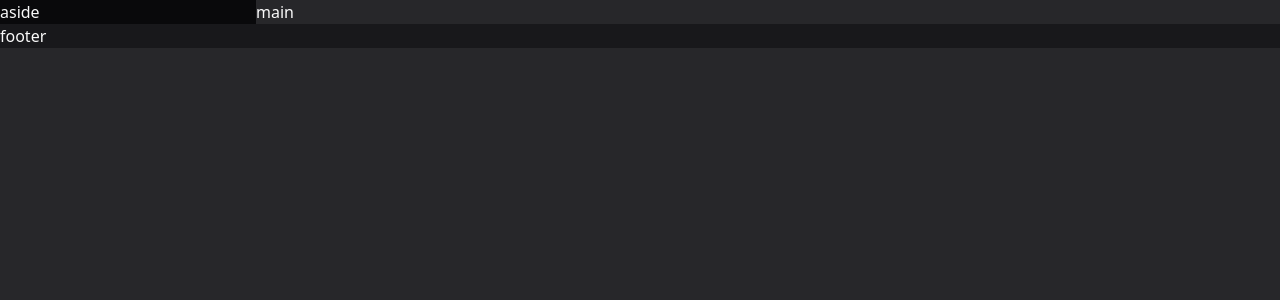
Repository: guilhermecardoso93/tailwind-spotify
Page: /
These files come from the project's save history. The page is drawn as it stood at one moment and after the next save; the edit follows.
The browser window is 1280 px wide. The pictures show the whole page.
The project was rebuilt for these pictures with package versions that can differ from the ones it lists, and the page was loaded fresh each time. The framework's server and built-in components were replaced by stand-ins that run in the browser. Also part of the build but not shown: next.config.js.

Above is the page before, as saved 2023-04-15 19:43:18.

### src/app/layout.tsx
import './globals.css'

export const metadata = {
  title: 'Spotify',
  description: 'Music!',
}

export default function RootLayout({
  children,
}: {
  children: React.ReactNode
}) {
  return (
    <html lang="en">
      <body className="bg-zinc-800 text-zinc-50">{children}</body>
    </html>
  )
}

### src/app/page.tsx
export default function Home() {
  return (
    <div className='h-screen flex-col'>
      <div className='flex flex-1'>
        <aside className='w-64 bg-zinc-950'>aside</aside>
        <main className='flex-1'>main</main>
      </div>
      <footer className='bg-zinc-900'>
        footer
      </footer>
    </div>
  )
}

Loaded but not shown: src/app/globals.css (common file); tailwind.config.js (common file)

After the next save:
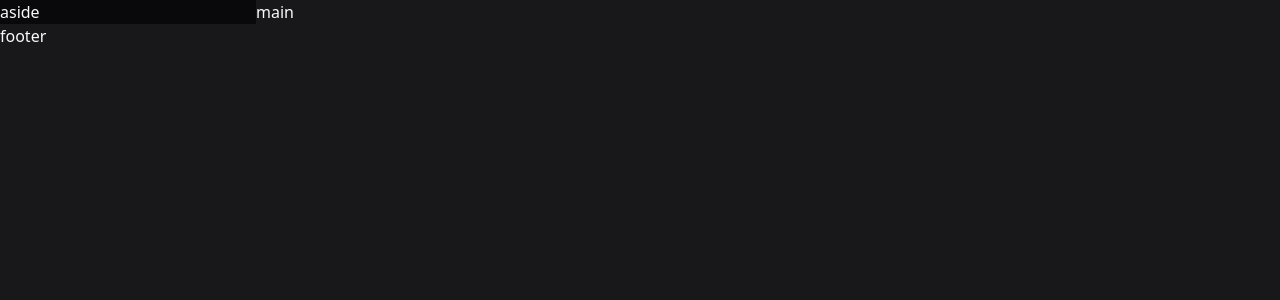
Saved 7 s later.
--- a/src/app/layout.tsx
+++ b/src/app/layout.tsx
@@ -12,7 +12,7 @@
 }) {
   return (
     <html lang="en">
-      <body className="bg-zinc-800 text-zinc-50">{children}</body>
+      <body className="bg-zinc-900 text-zinc-50">{children}</body>
     </html>
   )
 }
